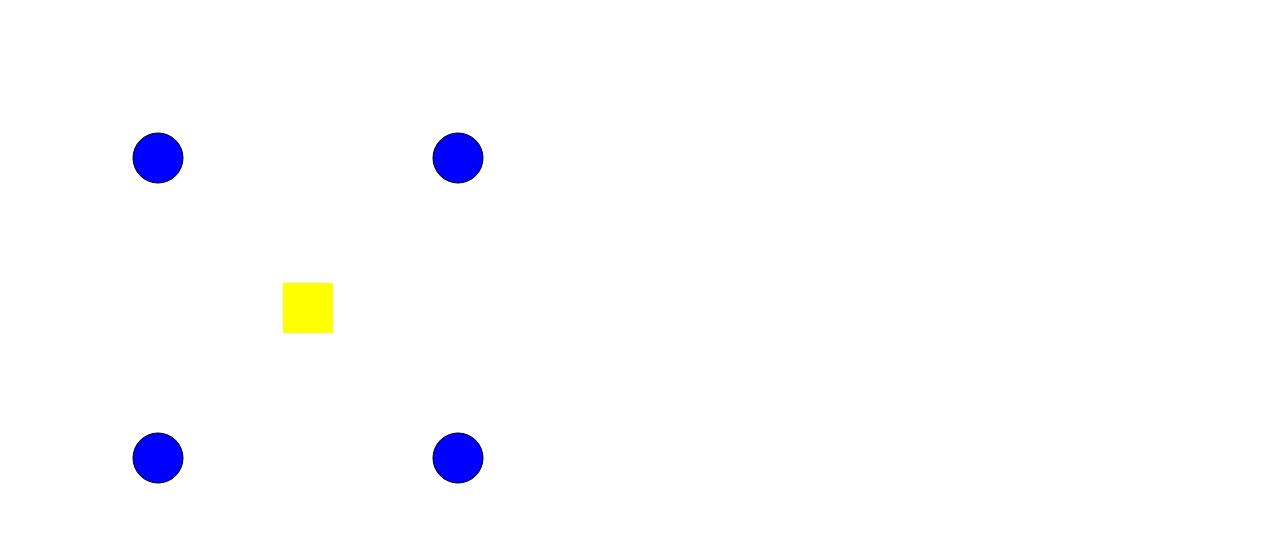
Repository: facio313/Python
Page: HELLO_PYTHON/day17/templates/canvas.html
An editor plug-in stored every save of this project. The page is shown before and after the next save, followed by the edit.
The browser window is 1280 px wide. The pictures show the whole page.

Above is the page before, as saved 2022-12-15 10:49:01.

After the next save:
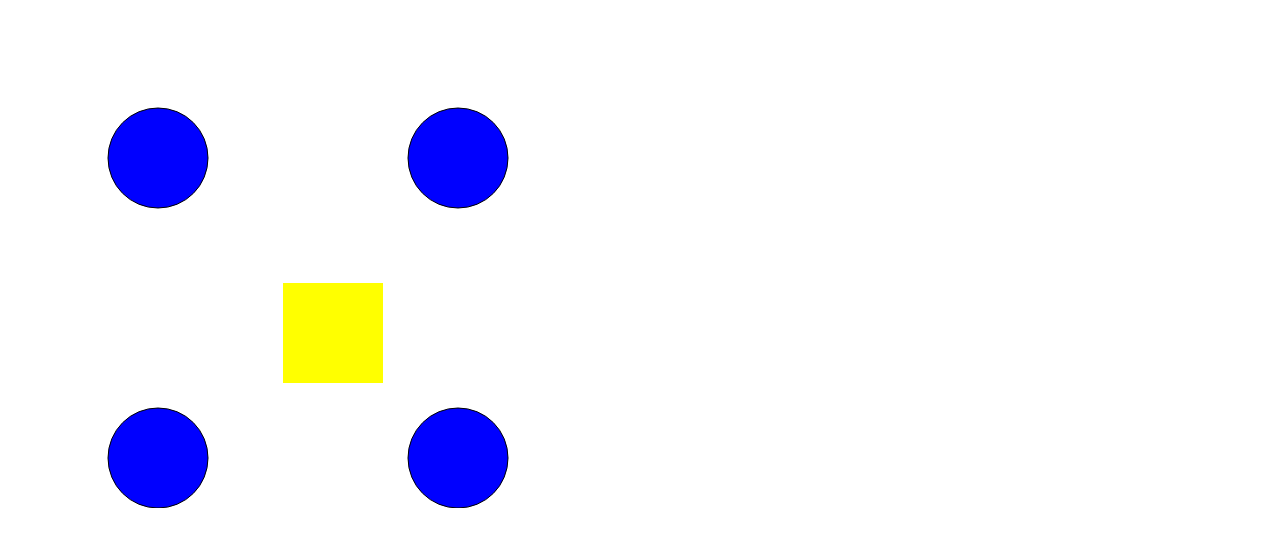
Saved 28 s later.
--- a/HELLO_PYTHON/day17/templates/canvas.html
+++ b/HELLO_PYTHON/day17/templates/canvas.html
@@ -11,31 +11,31 @@ function loader(){
 	var ctx = canvas.getContext( "2d" );      // 2d canvas 획득
 
 	ctx.beginPath();
-	ctx.arc(150, 150, 25, 0, Math.PI*2, false );
+	ctx.arc(150, 150, 50, 0, Math.PI*2, false );
 	ctx.fillStyle = "blue";
 	ctx.fill();
 	ctx.stroke();
 
 	ctx.beginPath();
-	ctx.arc(450, 150, 25, 0, Math.PI*2, false );
+	ctx.arc(450, 150, 50, 0, Math.PI*2, false );
 	ctx.fillStyle = "blue";
 	ctx.fill();
 	ctx.stroke();
 
 	ctx.beginPath();
-	ctx.arc(450, 450, 25, 0, Math.PI*2, false );
+	ctx.arc(450, 450, 50, 0, Math.PI*2, false );
 	ctx.fillStyle = "blue";
 	ctx.fill();
 	ctx.stroke();
 
 	ctx.beginPath();
-	ctx.arc(150, 450, 25, 0, Math.PI*2, false );
+	ctx.arc(150, 450, 50, 0, Math.PI*2, false );
 	ctx.fillStyle = "blue";
 	ctx.fill();
 	ctx.stroke();
 
 	ctx.fillStyle = "rgba(255, 255, 0, 1)";
-	ctx.fillRect (275, 275, 50, 50);
+	ctx.fillRect (275, 275, 100, 100);
 }
 </script>
 
